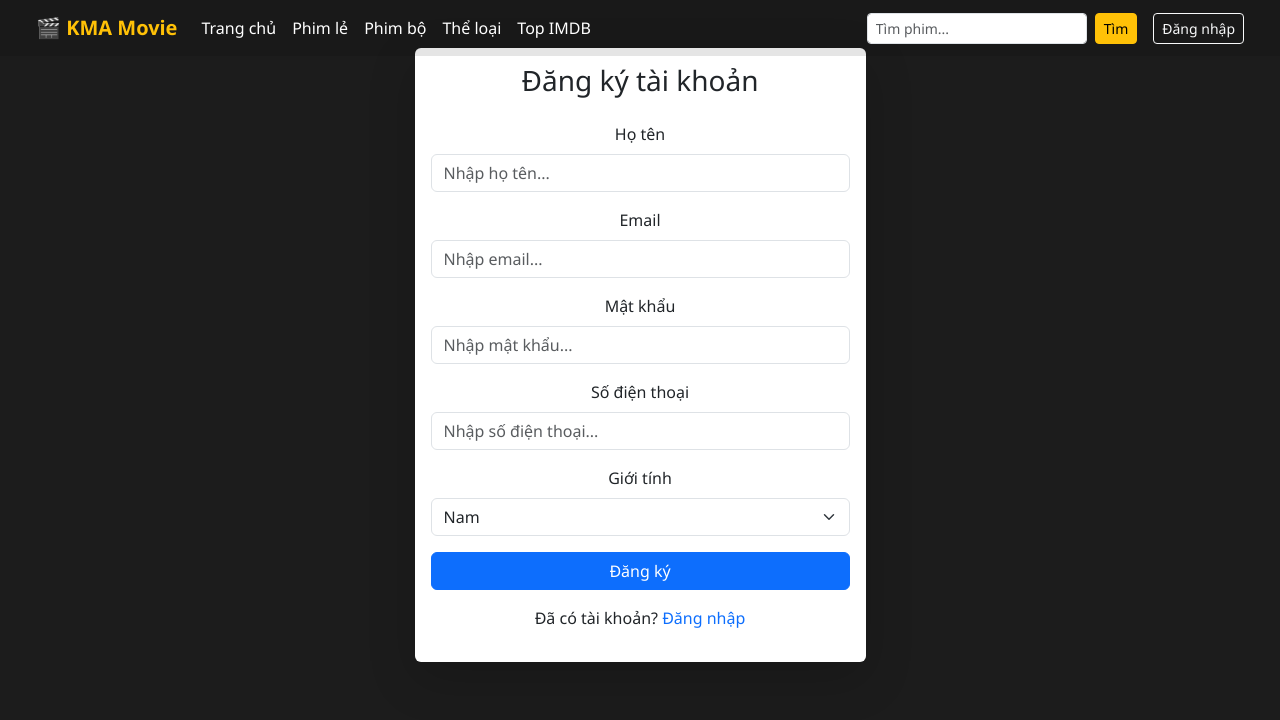
Repository: takagi2004/KMA_Nhom27_TTCS_WebXemFilm_FonEnd
Page: /dang-ky
An editor plug-in stored every save of this project. The page is shown before and after the next save, followed by the edit.
The browser window is 1280 px wide. The pictures show the whole page.
The project was rebuilt for these pictures with package versions that can differ from the ones it lists, and the page was loaded fresh each time. Also part of the build but not shown: src/layout/header/foode-narbar-carosel/Footer.tsx, src/layout/danhsachphim/Props/PhimCard.tsx, src/layout/danhsachphim/DanhSachPhim.tsx, src/api/PhimAPI.ts, src/layout/header/foode-narbar-carosel/Carousel.tsx, src/api/TheloaiApi.ts, src/layout/danhsachphim/danhsachtheloai/DanhSachTheloai.tsx, src/layout/header/Header.tsx and 6 more.

Above is the page before, as saved 2025-08-07 23:49:18.

After the next save:
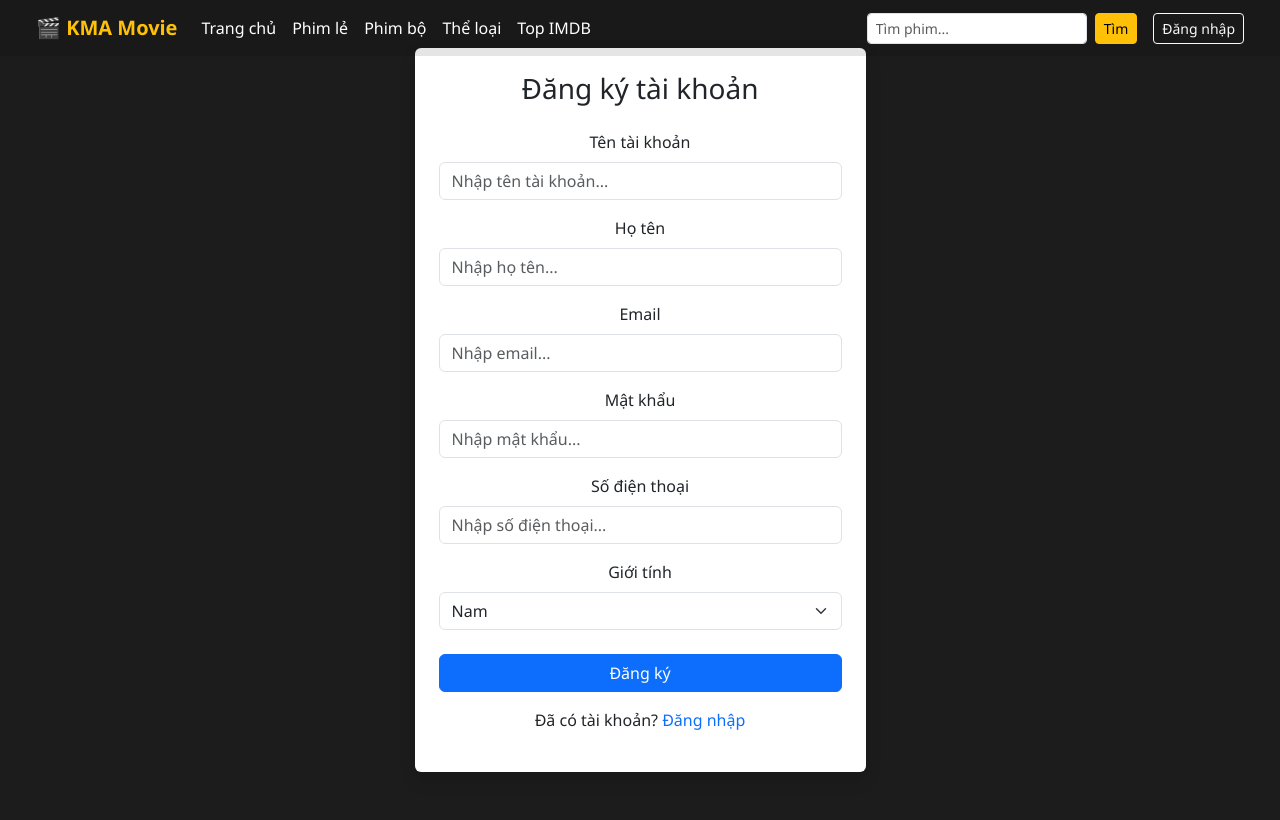
Saved 2 min 10 s later.
--- a/src/user/DangKyNguoiDung.tsx
+++ b/src/user/DangKyNguoiDung.tsx
@@ -3,34 +3,54 @@ import { useNavigate } from "react-router-dom";
 import { DangKyAPI } from "../api/DangKyAPI";
 
 const DangKyNguoiDung: React.FC = () => {
+  const [taiKhoan, setTaiKhoan] = useState("");
   const [hoTen, setHoTen] = useState("");
   const [email, setEmail] = useState("");
   const [matKhau, setMatKhau] = useState("");
   const [soDienThoai, setSoDienThoai] = useState("");
-  const [gioiTinh, setGioiTinh] = useState("NAM");
+  const [gioiTinh, setGioiTinh] = useState<"NAM" | "NU" | "KHAC">("NAM");
 
   const navigate = useNavigate();
 
   const handleDangKy = async (e: React.FormEvent) => {
     e.preventDefault();
     try {
-      const data = { hoTen, email, matKhau, soDienThoai, gioiTinh };
+      const data = {
+        taiKhoan,
+        hoTen,
+        email,
+        matKhau,
+        soDienThoai,
+        gioiTinh,
+      };
       await DangKyAPI.dangKyTaiKhoan(data);
       alert("Đăng ký thành công!");
       navigate("/dang-nhap");
     } catch (error) {
-      alert("Đăng ký thất bại! Email đã tồn tại?");
+      alert("Đăng ký thất bại! Tài khoản hoặc email đã tồn tại?");
     }
   };
 
   return (
     <div className="container py-5">
       <div className="row justify-content-center">
-        <div className="col-md-6 col-lg-5">
-          <div className="card shadow-lg border-0">
-            <div className="card-body">
+        <div className="col-12 col-sm-10 col-md-8 col-lg-6 col-xl-5">
+          <div className="card shadow border-0">
+            <div className="card-body p-4">
               <h3 className="card-title text-center mb-4">Đăng ký tài khoản</h3>
               <form onSubmit={handleDangKy}>
+                <div className="mb-3">
+                  <label className="form-label">Tên tài khoản</label>
+                  <input
+                    type="text"
+                    className="form-control"
+                    value={taiKhoan}
+                    onChange={(e) => setTaiKhoan(e.target.value)}
+                    required
+                    placeholder="Nhập tên tài khoản..."
+                  />
+                </div>
+
                 <div className="mb-3">
                   <label className="form-label">Họ tên</label>
                   <input
@@ -78,12 +98,12 @@ const DangKyNguoiDung: React.FC = () => {
                   />
                 </div>
 
-                <div className="mb-3">
+                <div className="mb-4">
                   <label className="form-label">Giới tính</label>
                   <select
                     className="form-select"
                     value={gioiTinh}
-                    onChange={(e) => setGioiTinh(e.target.value)}
+                    onChange={(e) => setGioiTinh(e.target.value as "NAM" | "NU" | "KHAC")}
                   >
                     <option value="NAM">Nam</option>
                     <option value="NU">Nữ</option>
